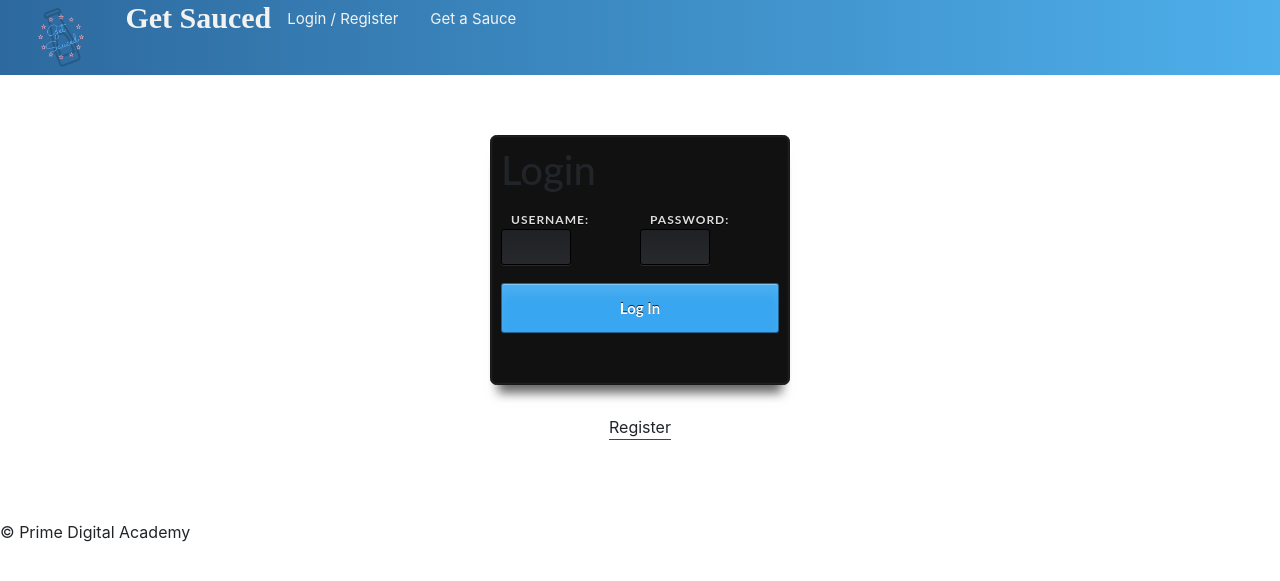
Repository: cossalter18/getSauced
Page: /
The author's editor kept a copy of each file at every save. The page is drawn from the files as they stood at one save, then again after the next save.
The browser window is 1280 px wide. The pictures show the whole page.
The page's requests for data from a server got no answer. The project was rebuilt for these pictures with package versions that can differ from the ones it lists, and the page was loaded fresh each time. No one was signed in, and anything a server would have sent is missing. Also part of the build but not shown: src/components/LogOutButton/LogOutButton.js, src/components/RegisterPage/RegisterPage.js, src/components/AboutPage/AboutPage.css, src/components/AboutPage/AboutPage.js, src/components/UserPage/UserPage.js, src/components/BlogPost/BlogPost.js, src/components/NewPost/NewPost.css, src/components/NewPost/NewPost.js and 8 more.

Above is the page before, as saved 2020-06-03 11:27:05.

After the next save:
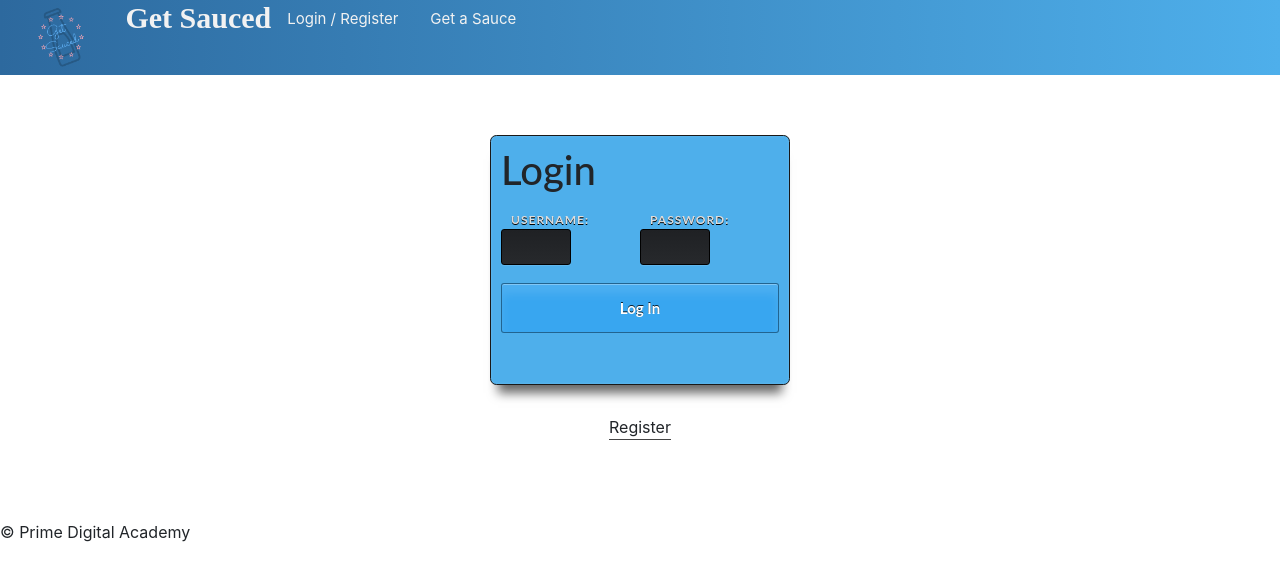
Saved 39 s later.
--- a/src/components/LoginPage/LoginPage.css
+++ b/src/components/LoginPage/LoginPage.css
@@ -9,7 +9,7 @@
     overflow: hidden;
 
     /* Styles */
-    background: #111;
+    background: #4eafeb;
     border-radius: 0.4em;
     border: 1px solid #191919;
     box-shadow:
